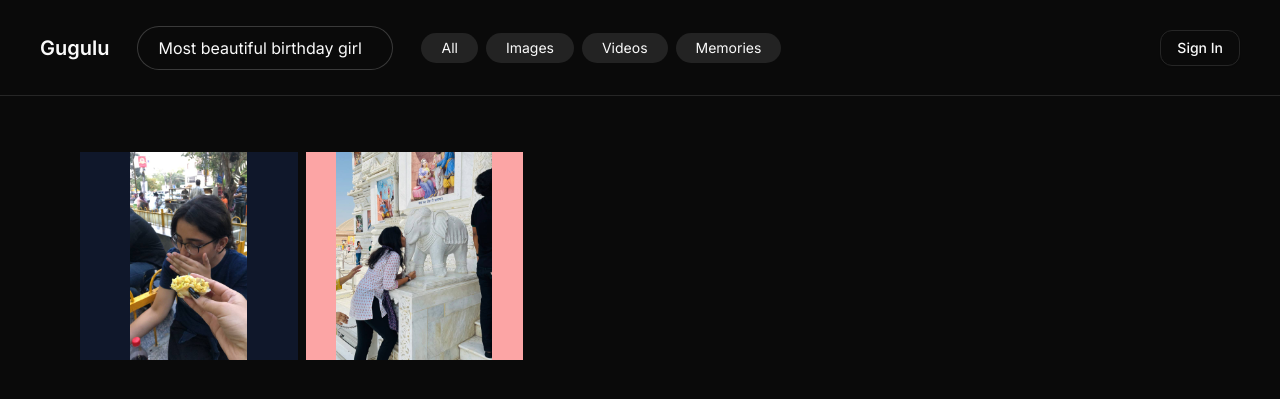
Repository: Harshgoel17/anshfinal
Page: /srishti/images
An editor plug-in stored every save of this project. The page is shown before and after the next save, followed by the edit.
The browser window is 1280 px wide. The pictures show the whole page.
The project was rebuilt for these pictures with package versions that can differ from the ones it lists, and the page was loaded fresh each time. The framework's server and built-in components were replaced by stand-ins that run in the browser. Also part of the build but not shown: next.config.js.

Above is the page before, as saved 2023-10-06 16:42:13.

After the next save:
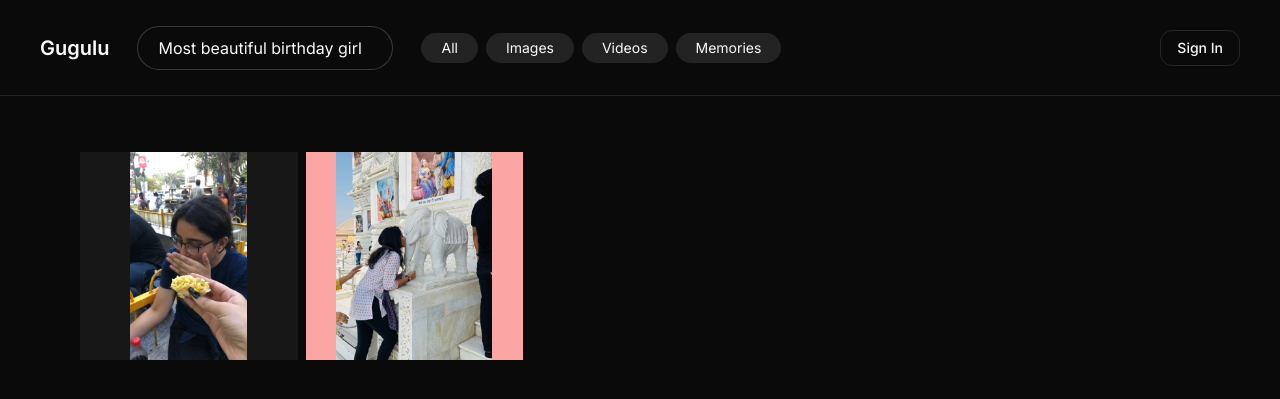
Saved 7 s later.
--- a/app/srishti/images/page.jsx
+++ b/app/srishti/images/page.jsx
@@ -7,7 +7,7 @@ const page = () => {
         <Navbar />
 
         <div className='py-14 px-20 grid grid-cols-5 w-full gap-2'>
-            <span className='bg-slate-900 w-full min-h-32 max-h-52 overflow-hidden flex items-center justify-center'>
+            <span className='bg-neutral-900 w-full min-h-32 max-h-52 overflow-hidden flex items-center justify-center'>
                 <img src="/images/1.jpg" alt="" className='max-h-52'/>
             </span>
 
